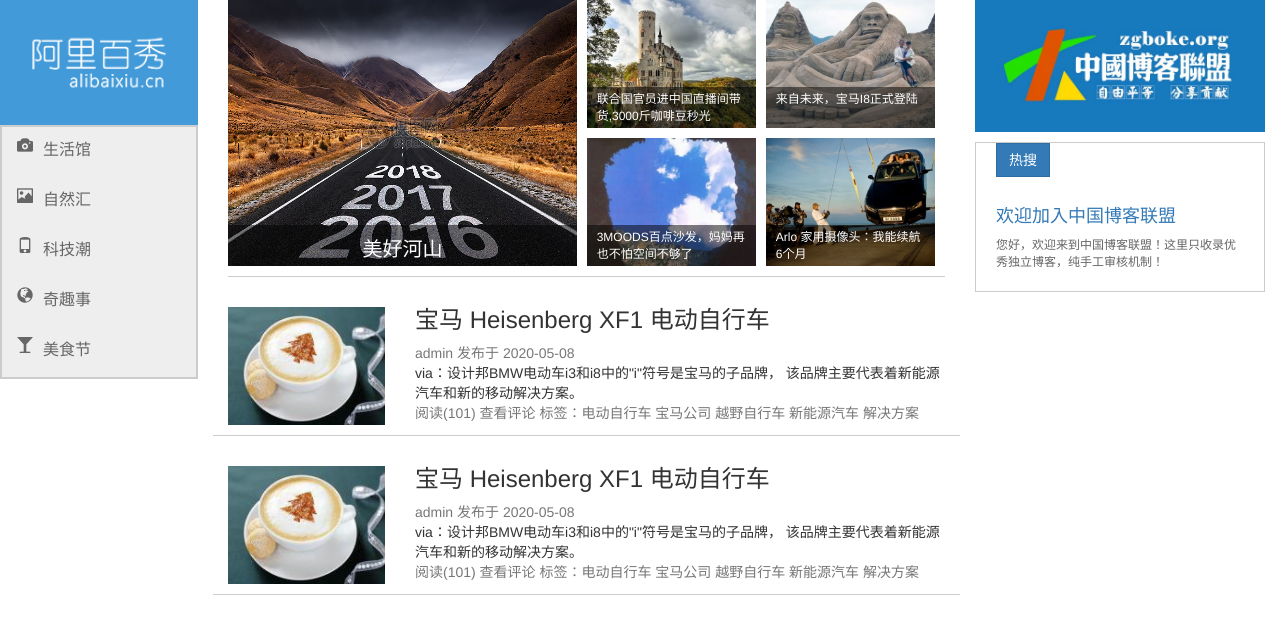
Repository: zhangwen001208/bootstrap-demo
Page: index.html
The author's editor kept a copy of each file at every save. The page is drawn from the files as they stood at one save, then again after the next save.
The browser window is 1280 px wide. The pictures show the whole page.

Above is the page before, as saved 2022-09-08 17:40:46.

### index.html
<!DOCTYPE html>
<html lang="en">
<head>
    <meta charset="UTF-8">
    <meta http-equiv="X-UA-Compatible" content="IE=edge">
    <meta name="viewport" content="width=device-width, initial-scale=1.0">
    <link rel="stylesheet" href="./bootstrap/css/bootstrap.min.css">
    <link rel="stylesheet" href="./css/index.css">

    <title>Document</title>
</head>
<body>
    <div class="container">
        <div class="row">
            <header class="col-md-2">
                <div class="logo">
                    <img src="./images/logo.png" alt="">
                </div>
                <div class="nav">
                    <ul class="nav flex-column">
                        <li class="nav-item">
                          <a class="nav-link active glyphicon glyphicon-camera" href="#">生活馆</a>
                        </li>
                        <li class="nav-item">
                          <a class="nav-link glyphicon glyphicon-picture" href="#">自然汇</a>
                        </li>
                        <li class="nav-item">
                          <a class="nav-link glyphicon glyphicon-phone" href="#">科技潮</a>
                        </li>
                        <li class="nav-item">
                          <a class="nav-link glyphicon glyphicon-globe ">奇趣事</a>
                        </li>
                        <li class="nav-item">
                            <a class="nav-link glyphicon glyphicon-glass">美食节</a>
                          </li>
                      </ul>
                </div>

            </header>
            <article class="col-md-7 ">
             <div>
                <ul class="item clearfix">
                    <li>
                        <a href="">
                        <img src="./images/news-1.jpg" alt="">
                        <p>美好河山</p>
                        </a>
                   </li>
                    <li><a href="">
                        <img src="./images/news-2.jpg" alt="">
                        <p>联合国官员进中国直播间带货,3000斤咖啡豆秒光</p>
                    </a></li>
                    <li><a href="">
                        <img src="./images/news-3.jpg" alt="">
                        <p>来自未来，宝马I8正式登陆</p>
                    </a></li>
                    <li><a href="">
                        <img src="./images/news-4.jpg" alt="">
                        <p>3MOODS百点沙发，妈妈再也不怕空间不够了</p>
                    </a></li>
                    <li><a href="">
                        <img src="./images/news-5.jpg" alt="">
                        <p>Arlo 家用摄像头：我能续航6个月</p>
                    </a></li>
                  </ul>
             </div>
              <div class="page">
                <div class="row">
                    <div class="col-sm-3 pic">
                        <img src="./images/news-6.jpg" alt="">
                    </div>
                    <div class="col-sm-9 ">
                        <h3>宝马 Heisenberg XF1 电动自行车</h3>
                        <p class="text-muted">admin 发布于 2020-05-08</p>
                        <p>via：设计邦BMW电动车i3和i8中的"i"符号是宝马的子品牌， 该品牌主要代表着新能源汽车和新的移动解决方案。</p>
                        <p class="text-muted">阅读(101) 查看评论 标签：电动自行车 宝马公司 越野自行车 新能源汽车 解决方案</p>
                    </div>
                </div>
                <div class="row">
                    <div class="col-sm-3 pic">
                        <img src="./images/news-6.jpg" alt="">
                    </div>
                    <div class="col-sm-9 ">
                        <h3>宝马 Heisenberg XF1 电动自行车</h3>
                        <p class="text-muted">admin 发布于 2020-05-08</p>
                        <p>via：设计邦BMW电动车i3和i8中的"i"符号是宝马的子品牌， 该品牌主要代表着新能源汽车和新的移动解决方案。</p>
                        <p class="text-muted">阅读(101) 查看评论 标签：电动自行车 宝马公司 越野自行车 新能源汽车 解决方案</p>
                    </div>
                </div>
              </div>

            </article>
            <aside class="col-md-3">
                <a href="#" class="banner">
                    <img src="./images/zgboke.jpg" alt="">
                </a>
                <a href="#" class="hot">
                    <span class="btn btn-primary">热搜</span>
                    <h4 class="text-primary">欢迎加入中国博客联盟</h4>
                    <p>您好，欢迎来到中国博客联盟！这里只收录优秀独立博客，纯手工审核机制！</p>
                </a>

            </aside>



        </div>
    </div>

</body>
</html>

### css/index.css

 @media screen and (min-width: 1280px) {
    .container {
        width: 1280px
    }

 }
 ul{
    padding: 0;
    margin: 0;
 }
 ul>li {
    list-style: none;
    text-decoration: none;

 }
 a {
    color: #666;
 }
 a:hover {
    text-decoration: none;
 }
 p{
    margin-bottom: 0;
 }






 header {
    padding-left: 0 !important;

 }
 .logo {
    background-color: #429ad9;


 }
 .logo img {
    width: 100%;

 }
 .nav {
    border: 1px solid #ccc ;
    background-color: #eee;
 }

 .nav-item a {
    display: block;
    font-size: 16px;
    height: 50px;
 }
.nav-item a::before {
    vertical-align: middle;
    padding-right: 10px;
}
.nav-item:hover {
    background-color: #fff !important;
}

article {
    padding: 0;
}

.item li {

    float: left;
    width: 25%;
    height: 128px;
    padding-right: 10px;
    margin-bottom: 10px;

}
.item li a {
    position: relative;
    display: block;
    width: 100%;
    height: 100%;
}


.item li:nth-child(1) {
    width: 50%;
    height: 266px;
    padding-right: 10px;


}
.item li:nth-child(1) p {
    font-size: 20px;
    line-height: 41px;
    text-align: center;
}
.item li>a img {
    width: 100%;
    height: 100%;

}
.item li>a p {
    position: absolute;
    display: block;
    height: 41px;

    width: 100%;
    bottom: 0;
    left: 0;
    background: rgba(0, 0, 0, 0.5);
    font-size: 12px;
    padding: 4px 10px;
    color: #fff;

}
.page {
    display: block;
    height: 168px;

}
.page {
    border-top: 1px solid #ccc;
}

.page .row {
    border-bottom: 1px solid #ccc;
    padding: 10px 0;

}
.pic {
    margin-top: 20px;
}
.pic img {
    width: 100%;
}
.banner img {
    width: 100%;
    height: 100%;
}
.hot {
    display: block;
    border: 1px solid #ccc;
    padding: 0 20px 20px;
    margin-top: 10px;
}
.hot span {
    border-radius: 0;
    margin-bottom: 20px;
}
.hot p {
    font-size: 12px;
}

Loaded but not shown: bootstrap/css/bootstrap.min.css (library)

After the next save:
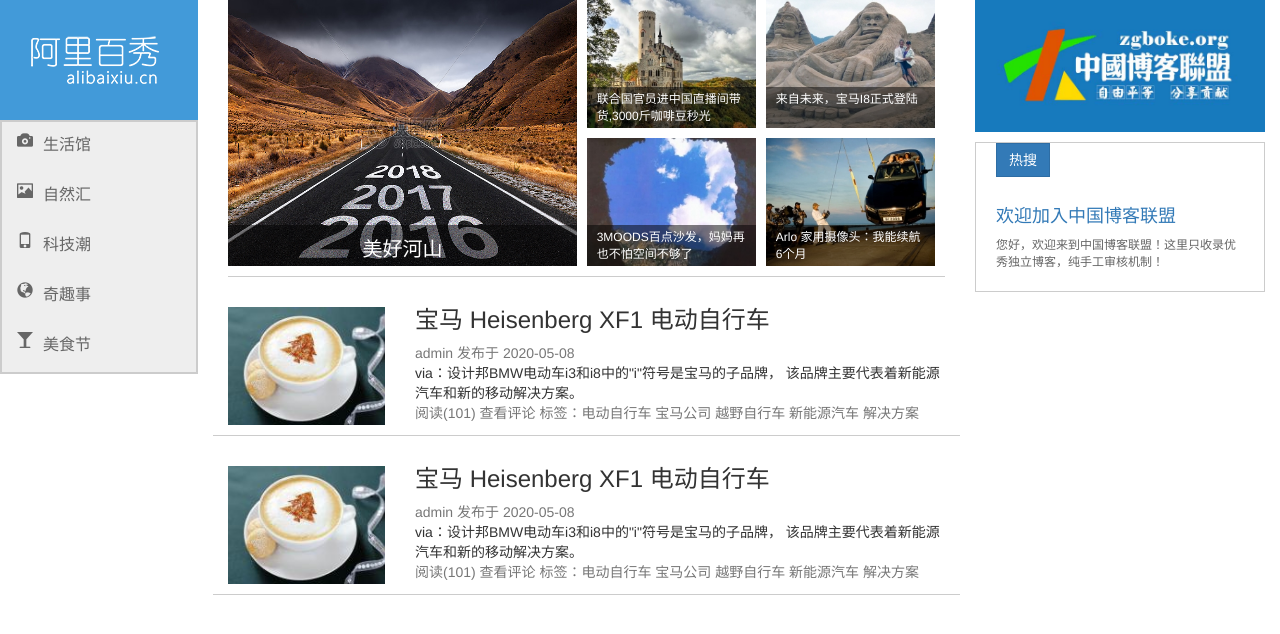
Saved 12 min 12 s later.
--- a/css/index.css
+++ b/css/index.css
@@ -39,7 +39,9 @@
 
  }
  .logo img {
-    width: 100%;
+    /* width: 100%; */
+    /* 让我们的图片不缩放 */
+    max-width: 100%;
 
  }
  .nav {
